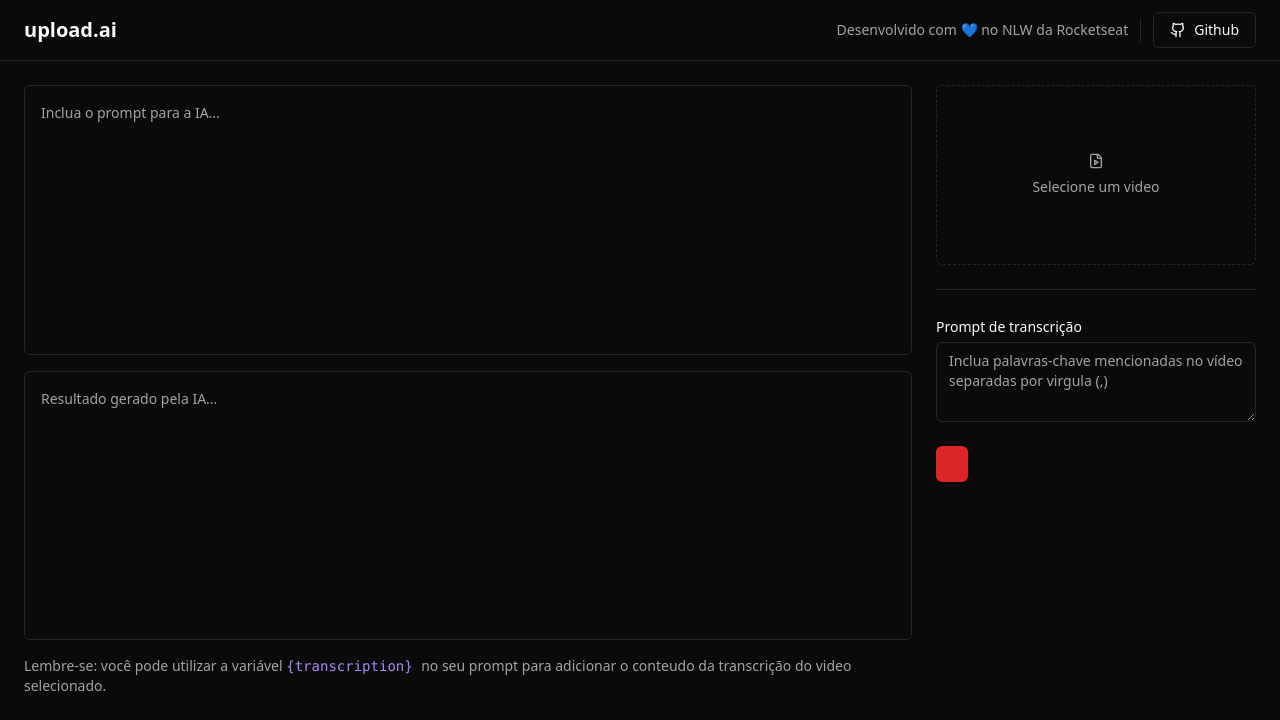
Repository: ricardolimati/upload-ai-web
Page: /
These files come from the project's save history. The page is drawn as it stood at one moment and after a run of saves; the edit follows.
The browser window is 1280 px wide. The pictures show the whole page.
The project was rebuilt for these pictures with package versions that can differ from the ones it lists, and the page was loaded fresh each time. Also part of the build but not shown: vite.config.ts.

Above is the page before, as saved 2023-09-11 23:57:28.

After the next 3 saves:
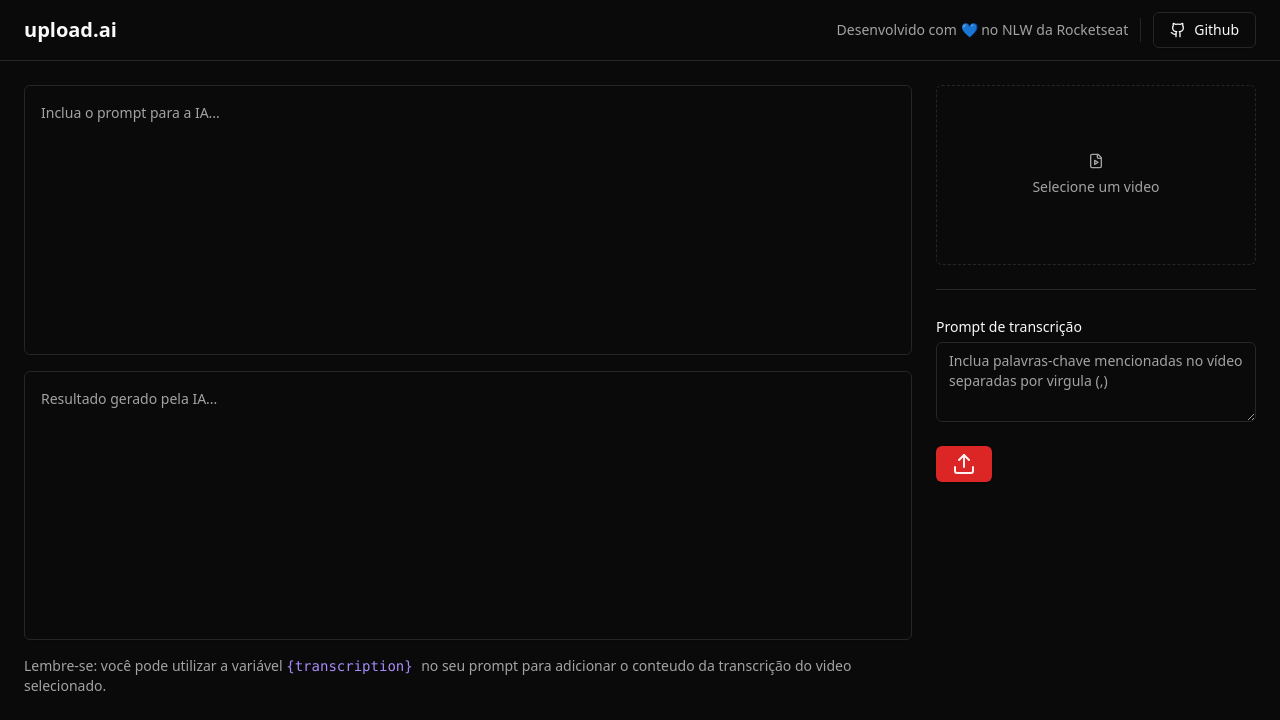
The 3 saves are shown as one change because they came seconds apart.
The last was saved 16 s later.
--- a/src/App.tsx
+++ b/src/App.tsx
@@ -57,7 +57,7 @@ export function App() {
             />
           </div>
           <Button>
-
+            <Upload></Upload>
           </Button>
         </form>
       </aside>
